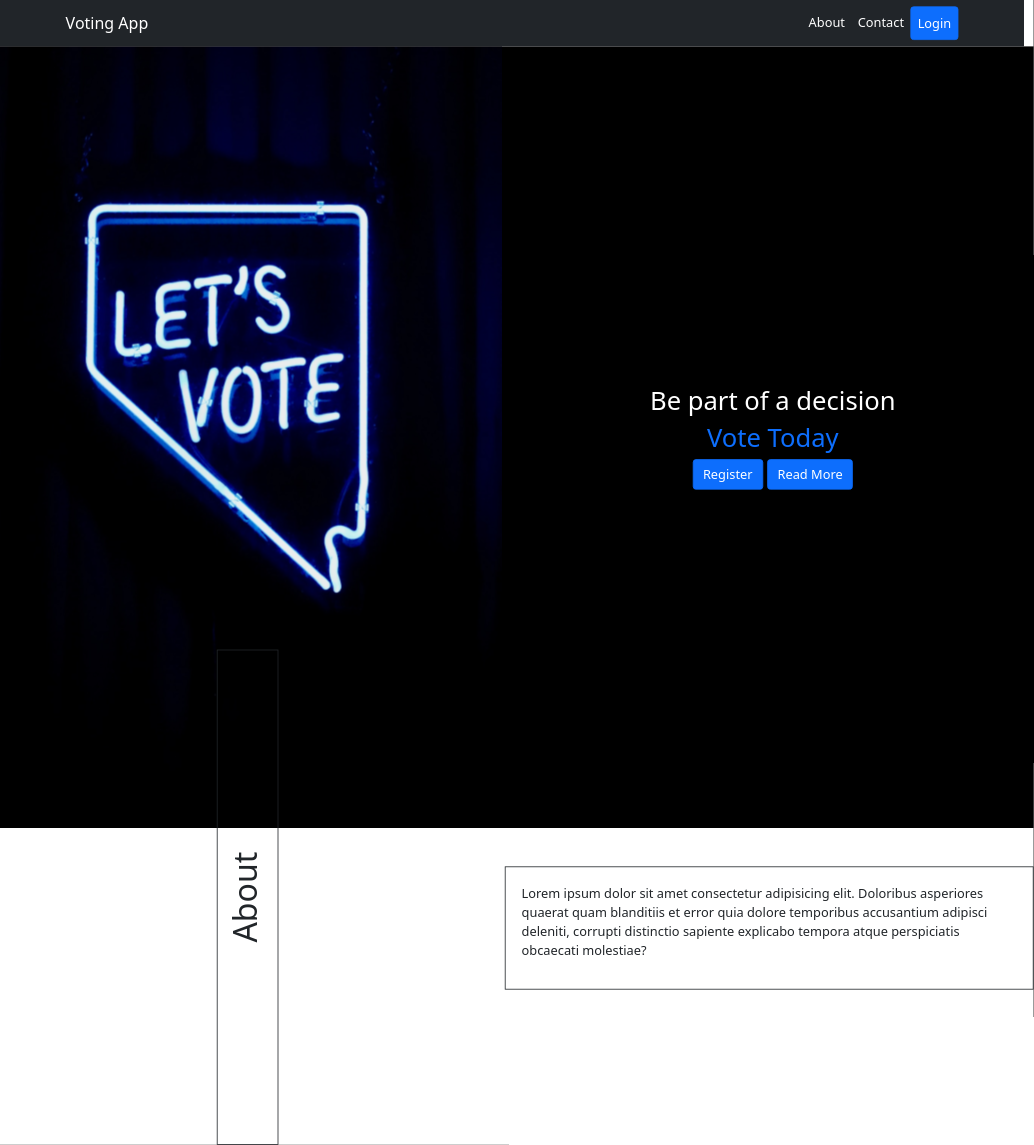
Repository: DavidManiIbrahim/Voting-app
Page: index.html
An editor plug-in stored every save of this project. The page is shown before and after the next save, followed by the edit.
The browser window is 1280 px wide. The page is 1292 px wide, so the pictures cover 1292 px, including what lies to the right of the window. The pictures show the whole page, at 80% of full size.

Above is the page before, as saved 2025-01-18 04:15:19.

After the next save:
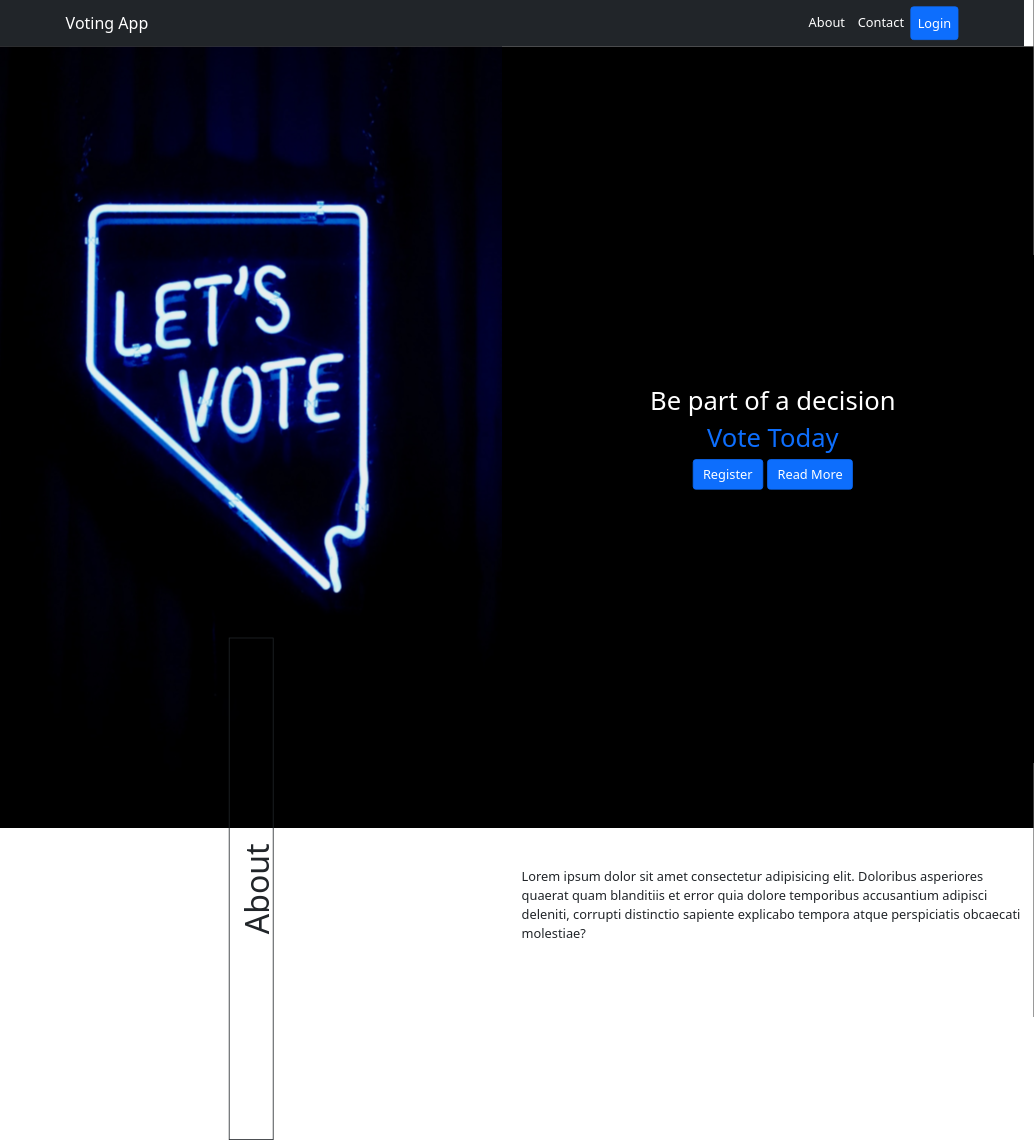
Saved 21 s later.
--- a/styles.css
+++ b/styles.css
@@ -20,7 +20,7 @@
 }
 
 
-.text{
+.war{
     width:70vw;
     padding: 20px;
     border:1px solid;
